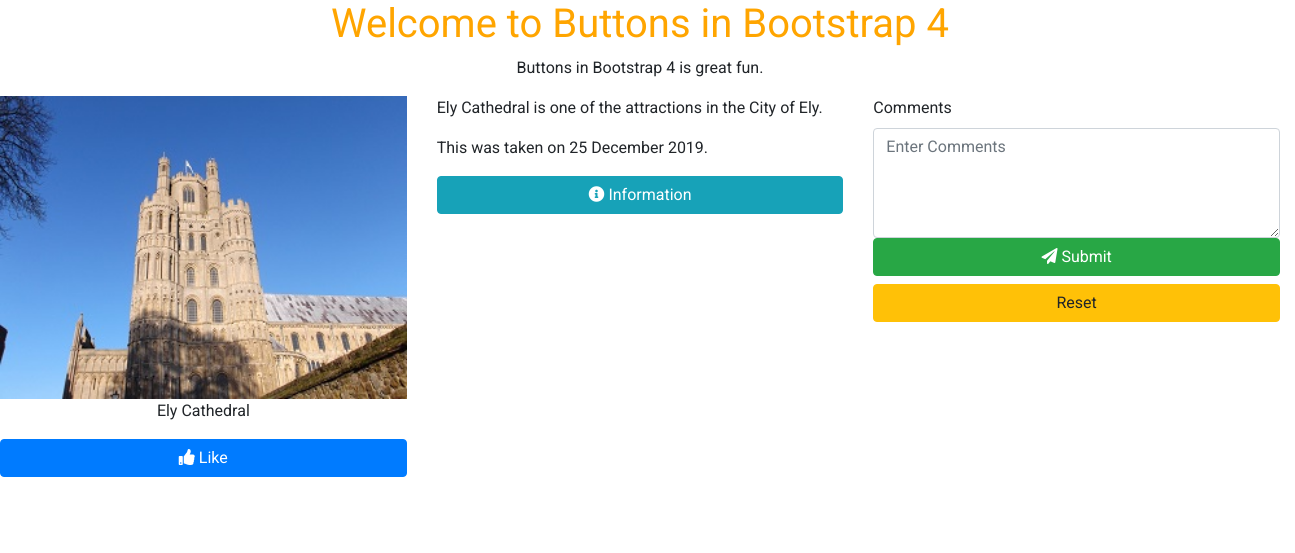
Repository: derektypist/buttons-in-bootstrap-4
Page: index.html
The author's editor kept a record of every edit. The page is drawn from the files as they stood at one moment, then again after the next edit.
The browser window is 1280 px wide. The page is 1295 px wide, so the pictures cover 1295 px, including what lies to the right of the window. The pictures show the whole page.
Some web libraries are served in a nearby version.

Above is the page before.

After the next edit:
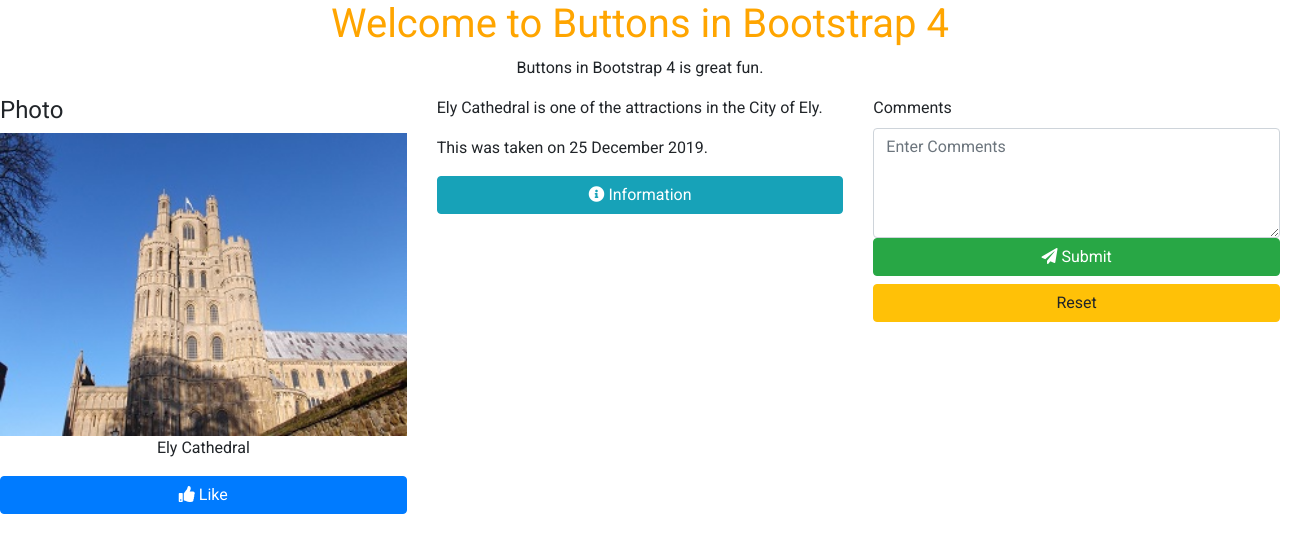
The edit:
--- a/index.html
+++ b/index.html
@@ -22,6 +22,8 @@
         <!-- Set Up Article -->
         <article class="row">
             <article class="col-sm-4">
+                <!-- Display Article Heading -->
+                <h4>Photo</h4>
                 <!-- Display Image -->
                 <figure>
                     <img src="images/ely-cathedral.JPG" alt="Ely Cathedral" class="img-fluid">
